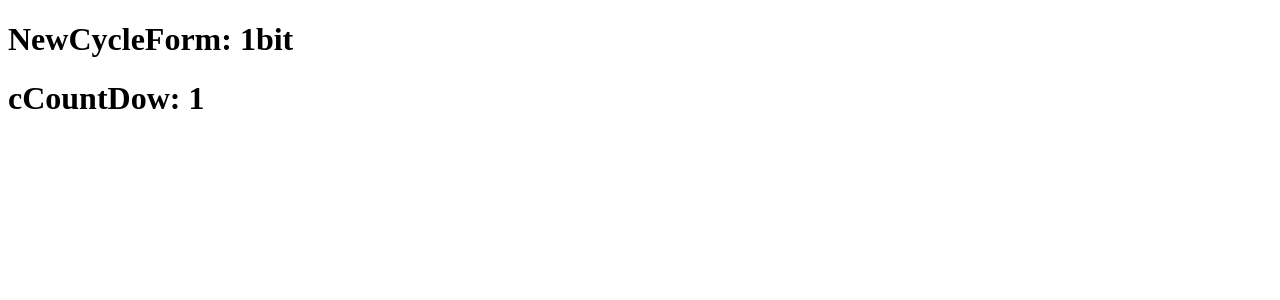
Repository: caueenrico/CoffeDelivery
Page: /
The author's editor kept a copy of each file at every save. The page is drawn from the files as they stood at one save, then again after the next save.
The browser window is 1280 px wide. The pictures show the whole page.
The project was rebuilt for these pictures with package versions that can differ from the ones it lists, and the page was loaded fresh each time. Also part of the build but not shown: vite.config.ts.

Above is the page before, as saved 2022-09-29 18:45:49.

### index.html
<!DOCTYPE html>
<html lang="en">
  <head>
    <meta charset="UTF-8" />

    <link rel="preconnect" href="https://fonts.googleapis.com" />
    <link rel="preconnect" href="https://fonts.gstatic.com" crossorigin />
    <link
      href="https://fonts.googleapis.com/css2?family=Baloo+2:wght@700;800&family=Roboto:wght@400;700&display=swap"
      rel="stylesheet"
    />

    <link rel="icon" type="image/svg+xml" href="/vite.svg" />
    <meta name="viewport" content="width=device-width, initial-scale=1.0" />
    <title>Vite + React + TS</title>
  </head>
  <body>
    <div id="root"></div>
    <script type="module" src="/src/main.tsx"></script>
  </body>
</html>

### src/App.tsx
import { BrowserRouter } from "react-router-dom";
import { ThemeProvider } from "styled-components";
import { HomeContext } from "./HomeContext";
import { Router } from "./Router";
import { defaultTheme } from "./styles/themes/default";
import { GlobalStyle } from "./styles/themes/global";

export function App() {
  return (

    <>
    <HomeContext/>
    </>
    // <ThemeProvider theme={defaultTheme}>
    //   <BrowserRouter>
    //     <Router />
    //   </BrowserRouter>
    //   <GlobalStyle />
    // </ThemeProvider>
  );
}

### src/HomeContext.tsx
import { createContext, useContext } from "react";

const CyclesContext = createContext({
  activeCycle: 1,
})

function NewCycleForm() {
  const {activeCycle} = useContext(CyclesContext)

  return <h1>NewCycleForm: {activeCycle}
  bit
  </h1>
}

function CountDown () {
  const {activeCycle} = useContext(CyclesContext)
  return <h1>cCountDow: {activeCycle} </h1>
}


export function HomeContext() {
  return (
    <div>
      <div>
        <NewCycleForm />
        <CountDown />
      </div>

    </div>
  );
}

Loaded but not shown: src/main.tsx (common file)

After the next save:
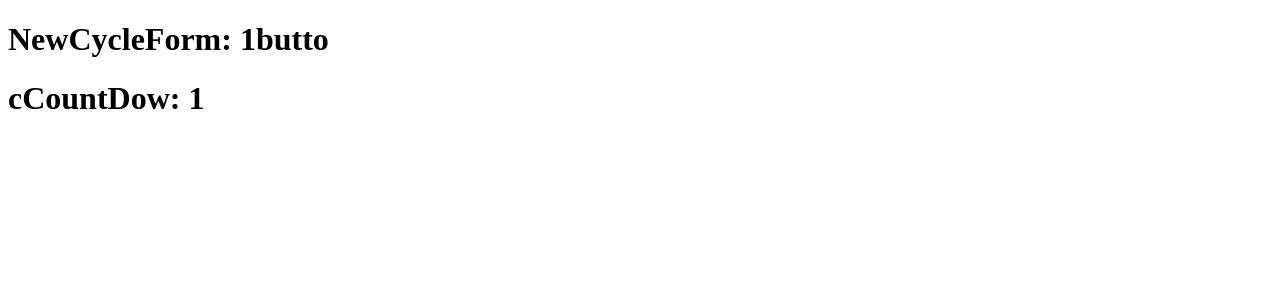
Saved 12 s later.
--- a/src/HomeContext.tsx
+++ b/src/HomeContext.tsx
@@ -8,7 +8,7 @@ function NewCycleForm() {
   const {activeCycle} = useContext(CyclesContext)
 
   return <h1>NewCycleForm: {activeCycle}
-  bit
+  butto
   </h1>
 }
 
